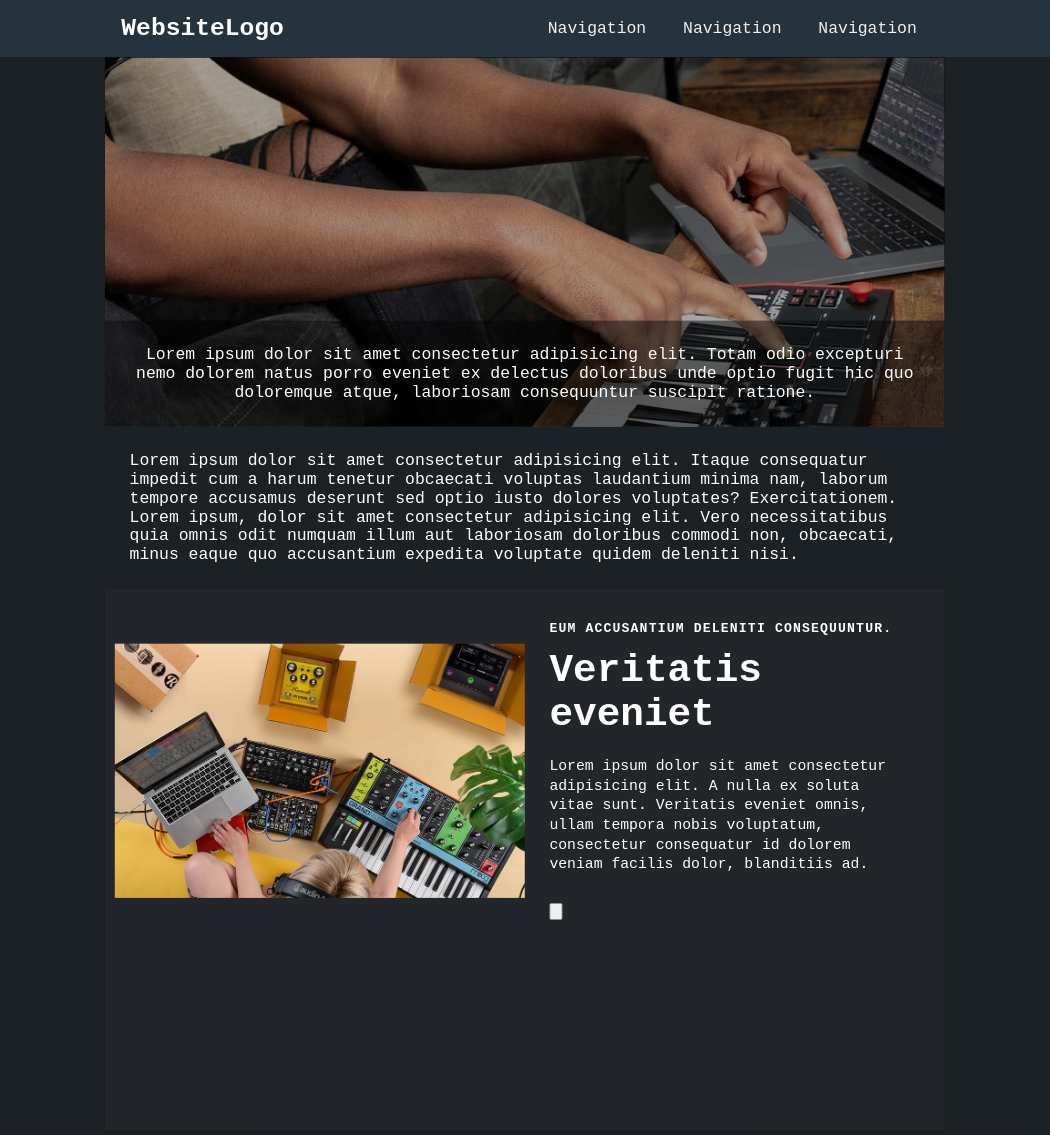
Repository: piotrokrutniak/Projekt-Studia
Page: index.html
These files come from the project's save history. The page is drawn as it stood at one moment and after the next save; the edit follows.
The browser window is 1280 px wide. The pictures show the whole page, at 82% of full size.

Above is the page before, as saved 2023-03-04 15:39:27.

### index.html
<!DOCTYPE html>
<head>
    <meta charset="UTF-8" />
    <meta http-equiv="X-UA-Compatible" content="IE=edge" />
    <meta name="viewport" content="width=device-width, initial-scale=1.0" />
    <link rel="stylesheet" type="text/css" href="styles.css" />
    <title>Website Title</title>
</head>
<body>
    <div class="navbar-container">
        <div class="navbar">
            <div class="logo">
                <div class="logo-contents">
                    WebsiteLogo
                </div>
            </div>
            <div class="navigation">
                <a href="/index" class="navigation-link">
                    <div class="navigation-button">
                        Navigation
                    </div>
                </a>
                <a href="/index" class="navigation-link">
                    <div class="navigation-button">
                        Navigation
                    </div>
                </a>
                <a href="/index" class="navigation-link">
                    <div class="navigation-button">
                        Navigation
                    </div>
                </a>
            </div>
        </div>
    </div>

    <div class="main-section">
        <div class="carousel-section">
            <img class="carousel-img" src="img/Hero-2.jpg" alt="MIDI controller on a table">
            <div class="carousel-desc">
                Lorem ipsum dolor sit amet consectetur adipisicing elit. Totam odio excepturi nemo dolorem natus porro eveniet ex delectus doloribus unde optio fugit hic quo doloremque atque, laboriosam consequuntur suscipit ratione.
            </div>
        </div>

        <div class="text-section">
        Lorem ipsum dolor sit amet consectetur adipisicing elit. Itaque consequatur impedit cum a harum tenetur obcaecati voluptas laudantium minima nam, laborum tempore accusamus deserunt sed optio iusto dolores voluptates? Exercitationem.
        Lorem ipsum, dolor sit amet consectetur adipisicing elit. Vero necessitatibus quia omnis odit numquam illum aut laboriosam doloribus commodi non, obcaecati, minus eaque quo accusantium expedita voluptate quidem deleniti nisi.
        </div>

        <div class="post-container">
            <div class="post-wrapper">
                <div class="info-row">
                    <div class="left-column">
                        <div class="text-wrapper">
                            <div class="top-text">Eum accusantium deleniti consequuntur.</div>
                            <div class="title">Veritatis eveniet</div>
                            <div class="subtitle">Lorem ipsum dolor sit amet consectetur adipisicing elit. A nulla ex soluta vitae sunt. Veritatis eveniet omnis, ullam tempora nobis voluptatum, consectetur consequatur id dolorem veniam facilis dolor, blanditiis ad.</div>
                            <div class="btn-wrap">
                                <input type="button" class="button">
                            </div>
                        </div>
                    </div>
                    <div class="right-column">
                        <div class="img-wrapper">
                            <img class="post-image" src="Img/Hero-1.jpg" alt="MIDI keyboard on a table.">
                        </div>
                    </div>
                </div>
            </div>
        </div>


    </div>
</body>

### styles.css
:root{
    --nav-link-width: 150px;
}

body{
    font-family: monospace;
    margin: 0;
    min-width: 328px;
    color: white;
    font-size: 14px;
    background: rgb(28, 33, 37);
}

.navbar-container{
    width: 100%;
    height: 70px;
    background: rgb(36, 51, 61);
    position: sticky;
    top: 0;
    max-width: 100%;
    overflow: hidden;
    z-index: 999;

}

.navbar{
    position: relative;
    max-width: 1024px;
    min-width: 328px;
    height: 50px;
    top: 0px;
    margin: auto;
    display: flex;
    flex-direction:row;
    justify-content: space-between;
    top: 50%;
    -ms-transform: translateY(-50%);
    transform: translateY(-50%);
    font-size: 20px;
}

a{
    text-decoration: none;
    color:rgba(245, 242, 238);
}

.navigation{
    display: grid;
    grid-template-columns: var(--nav-link-width) var(--nav-link-width) var(--nav-link-width);
    grid-gap: 15px;
    padding-right: 20px;
}

.navigation-link{
    position: relative;
    padding-left: 15px;
    padding-right: 15px;
    transition: 0.15s;
    transition-timing-function: ease-in-out;
    border: 1px solid;
    border-radius: 5px;
    border-color: rgba(255, 255, 255, 0);
}

.navigation-link:hover{
    border-color: rgba(255, 255, 255, 0.103);

}

.navigation-button{
    text-align: center;
    position: relative;
    top: 50%;
    -ms-transform: translateY(-50%);
    transform: translateY(-50%);
}

.logo{
    position: relative;
    height: 49px;
    padding-left: 20px;
    padding-right: 20px;
    font-weight: 900;
    font-size: 30px;
}

.logo-contents{
    text-align: center;
    position: relative;
    top: 50%;
    -ms-transform: translateY(-50%);
    transform: translateY(-50%);
}

.main-section{
    position: relative;
    max-width: 1024px;
    min-width: 328px;
    min-height: calc(100vh - 70px);
    margin: auto;
    font-size: 20px;
    background: rgb(28, 33, 37);
}

.carousel-section{
    position: relative;
    width: 100%;
    height: 450px;
    background: floralwhite;
}

@media screen and (max-width:750px){
    .carousel-section{
        min-height: 300px;
        height: auto;
    }
}

.carousel-section{
    background: black;
    max-width: 100%;
    width: 100%;
    text-align:center;
    position: sticky;
    margin: auto;
    max-height:calc(100vh - 80px);
    min-height: 250px;
    overflow: hidden;
}

.carousel-img{
    width: 100%;
    max-height:calc(100vh - 80px);
    display: flex;
    position: sticky;
    flex-shrink:0;
    object-fit:cover;
    min-height: 250px;
    object-fit: cover;
    opacity: 0.65;
}

.carousel-desc{
    position: absolute;
    bottom: 0px;
    width: calc(100% - 60px);
    max-width: 100%;
    background: rgba(0, 0, 0, 0.459);
    max-height: 20%;
    min-height: 50px;
    max-width: 1024px;
    min-width: 328px;
    padding: 30px;
}

.text-section{
    padding: 30px;
}

.post-container{
    color: white;
    max-width: 100%;
    /*
    background: ${({lightBg}) => (lightBg ? 'rgba(60,60,60,0.2)': '#f9f9f9')};
    */
    background: rgba(60,60,60,0.2);
    margin: auto;
    padding-top:20px;
    border-left: transparent solid 10px;
    border-right: transparent solid 10px;
}

.post-wrapper{
    display: grid;
    z-index:1;
    min-height:calc(100vh - 80px);
    width: 100%;
    max-width:100%;
    max-height: 400px;
    margin-right:auto;
    margin-left:auto;
    justify-content:center;
}

@media screen and (min-width:1023px){
    .post-wrapper{
    max-width:1000px;
    }
}

.info-row{
    display:grid;
    grid-auto-columns:minmax(358px,1fr);
    align-items:center;
    grid-template-areas: 'RightColumn LeftColumn';
    /*
    grid-template-areas: ${({imgStart})=>(imgStart ? `'RightColumn LeftColumn'`:`'LeftColumn RightColumn'`)};
    */
    min-height: 100px;
    max-height: 400px;
    width: 100%;
}

@media screen and (max-width:1023px){
    .info-row{
    /*
    grid-template-areas: ${({imgStart})=>(imgStart ? `'RightColumn' 'LeftColumn'`:`'RightColumn' 'LeftColumn'`)};
    */

    max-width:600px;
    margin: auto;
    }
}

.left-column{
    margin-bottom:15px;
    border-top: 20px solid transparent;
    max-width: 100%;
    grid-area: LeftColumn;
    display: flex;
    flex-direction: column;
    align-items: center;
    border-left: solid 30px transparent;
}

@media screen and (max-width: 760px){
    .left-column{
    border-left: solid 0px transparent;
    }
}

.right-column{
    margin-bottom:15px;
    max-width: 100%;
    grid-area: RightColumn;
    display: flex;
    flex-direction: column;
    justify-items:center;
    align-items: center;
    margin: auto;
}

@media screen and (max-width: 760px){
    .right-column{
        padding: 0 0 !important;
    }
}

.text-wrapper{
    max-width: 540px;
    padding-top:0;
    padding-bottom:5px;
}

.top-text{
    color: white;
    font-size:16px;
    font-weight:700;
    letter-spacing:1.4px;
    text-transform:uppercase;
    margin-bottom:16px;
    /*
    color: ${({darkText}) => (darkText ? 'white' : 'Black')};
    */
}

.title{
    margin-bottom:24px;
    font-size:48px;
    line-height:1.1;
    font-weight:600;
    color: white;
}

@media screen and (max-width:480px){
    .title{
        font-size:32px;
    }
}

.subtitle{
    max-width:440px;
    margin-bottom:35px;
    font-size: 18px;
    line-height: 24px;
    color: white;
}

.image-wrapper{
    width: 100%;
    max-width: 100%;
    max-height:600px;
    object-fit:cover;
    min-height: 250px;
    position: relative;
    object-fit: cover;
}

.post-image{
    position: relative;
    display: flex;
    flex-shrink: 0;
    object-fit: cover;
    max-width:100%;
    height: 100%;
    padding-right: 0;
    max-height:600px;
    padding-bottom: 0px;
}

.btn-wrap{
    display:flex;
    justify-content: flex-start;
}

After the next save:
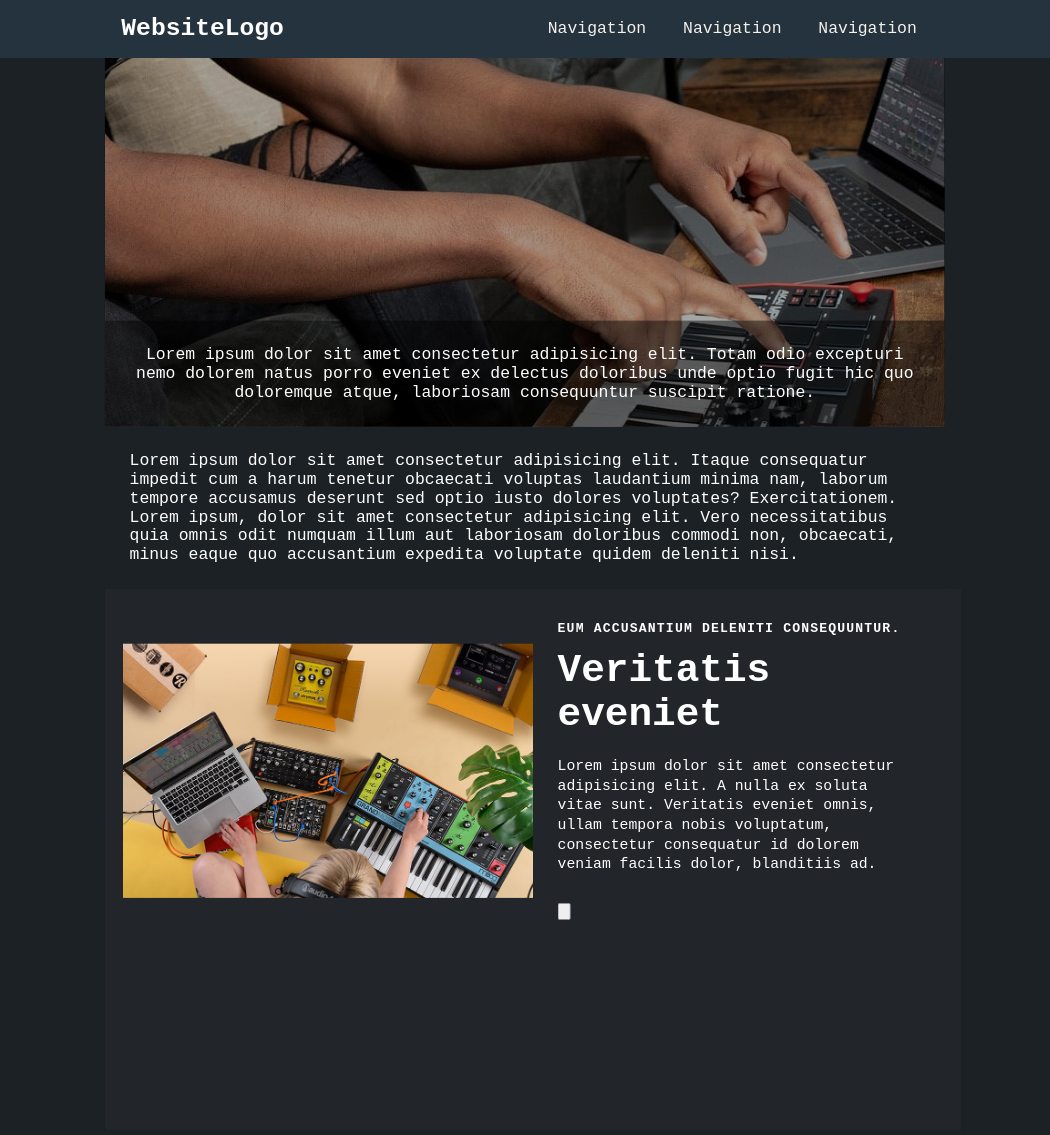
Saved 26 s later.
--- a/styles.css
+++ b/styles.css
@@ -168,6 +168,7 @@ a{
     padding-top:20px;
     border-left: transparent solid 10px;
     border-right: transparent solid 10px;
+    width: 100%;
 }
 
 .post-wrapper{
@@ -198,7 +199,7 @@ a{
     */
     min-height: 100px;
     max-height: 400px;
-    width: 100%;
+
 }
 
 @media screen and (max-width:1023px){
